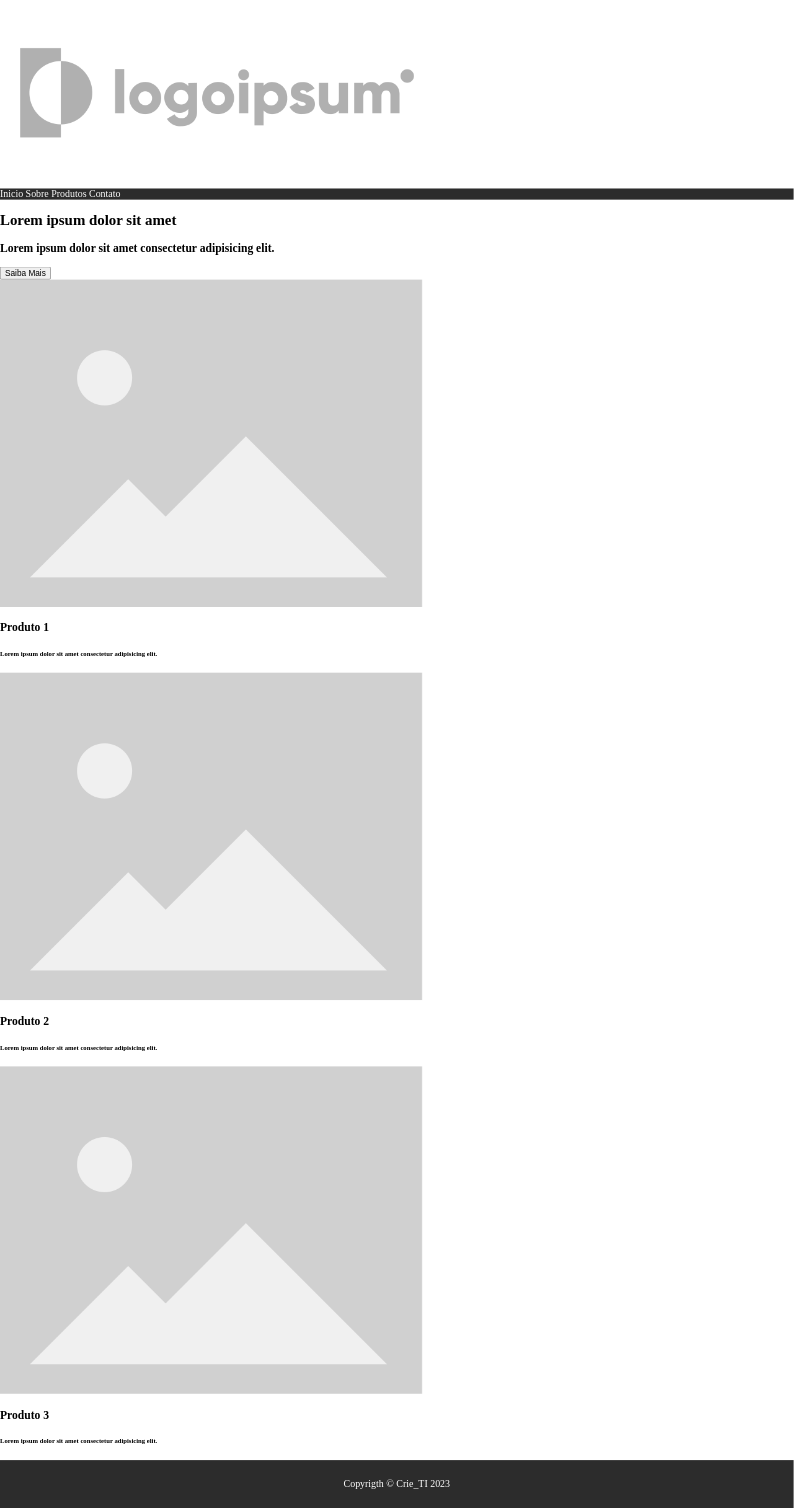
Repository: robsonwssantos/Projeto_Olaria
Page: Exercicios/ex.01/index.html
These files come from the project's save history. The page is drawn as it stood at one moment and after the next save; the edit follows.
The browser window is 1280 px wide. The pictures show the whole page, at 62% of full size.

Above is the page before, as saved 2023-04-21 10:04:03.

After the next save:
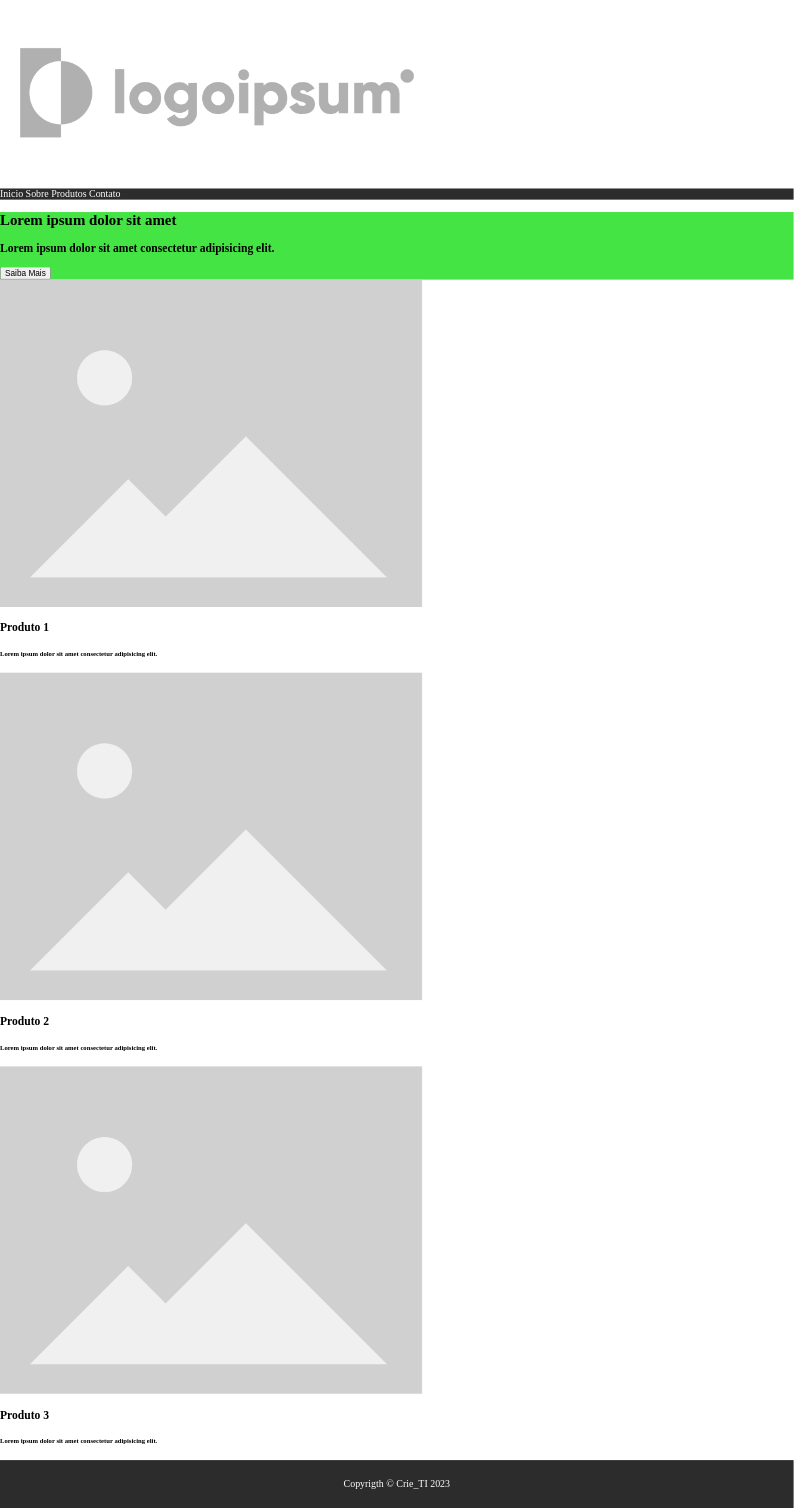
Saved 4 min 28 s later.
--- a/Exercicios/ex.01/index.html
+++ b/Exercicios/ex.01/index.html
@@ -16,7 +16,7 @@
             background-color: rgb(44, 44, 44);
         }
 
-        botao {
+        .botao {
             background-color: rgb(68, 228, 68);
         }
 
